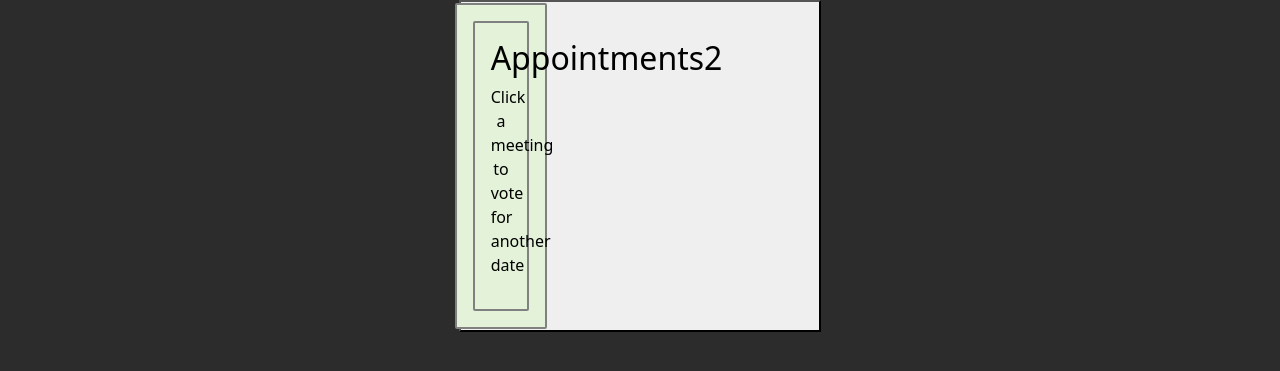
Repository: wlichon/Semesterprojekt
Page: index.html
These files come from the project's save history. The page is drawn as it stood at one moment and after the next save; the edit follows.
The browser window is 1280 px wide. The pictures show the whole page.
The page's requests for data from a server got no answer. Some web libraries are served in a nearby version.

Above is the page before, as saved 2022-04-22 17:51:44.

After the next save:
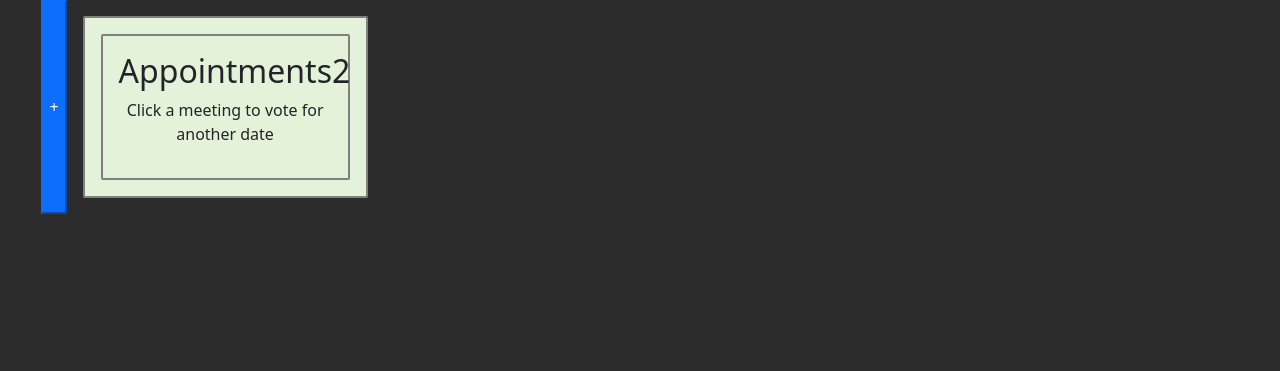
Saved 8 s later.
--- a/index.html
+++ b/index.html
@@ -16,7 +16,7 @@
     <title>Appointment Finder</title>
 </head>
 <body class="d-flex justify-content-center">
-    <button class = ""
+    <button class = "btn-primary"> + </button>
       <div class="container m-3 d-flex justify-content-center">
             <div class="events row flex-grow-1" id="events">
                 <div class="col-md-3 d-flex justify-content-between" style="flex-direction: column">
